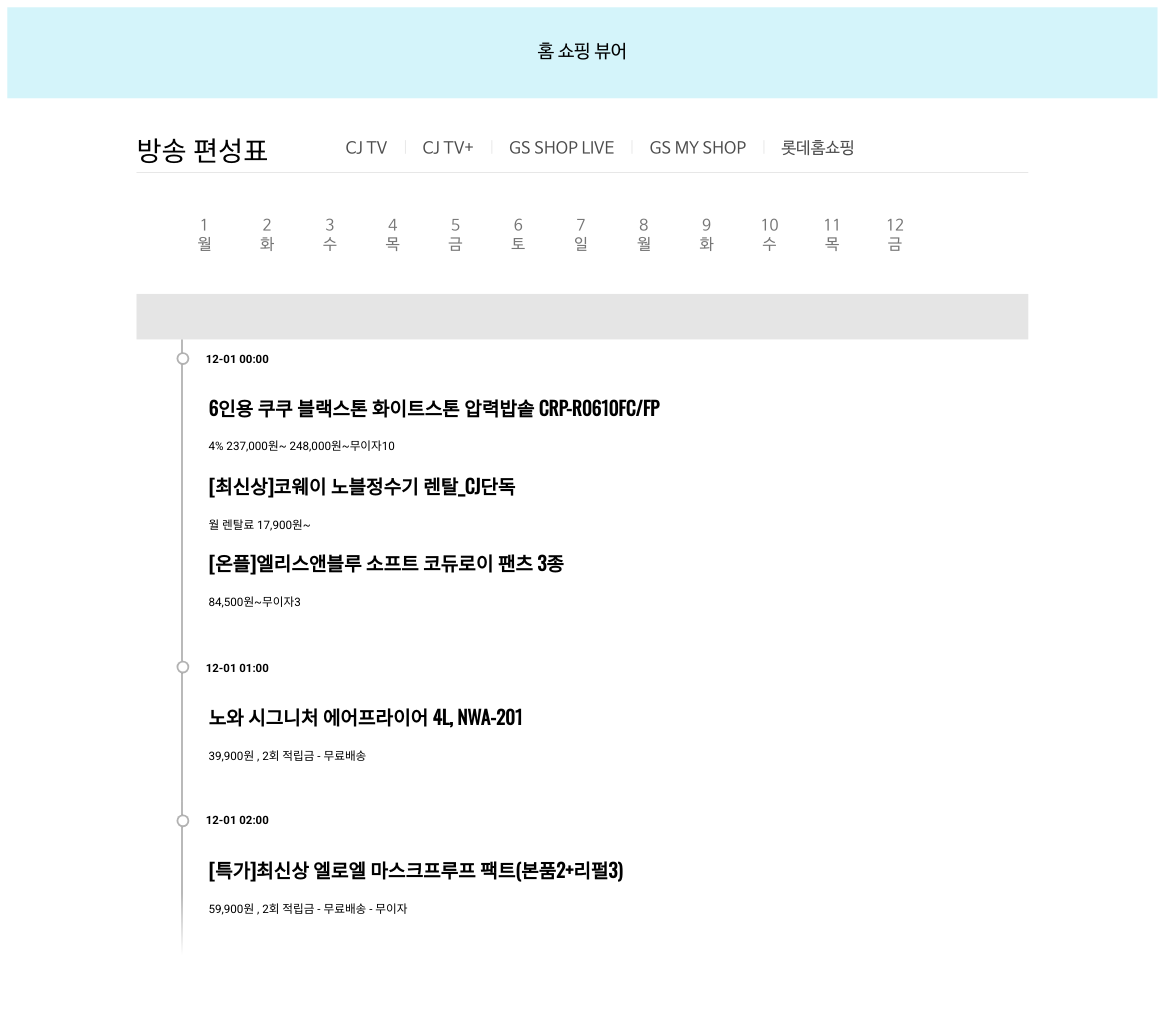
Repository: Kds010/HomeShopping
Page: http://localhost/index
An editor plug-in stored every save of this project. The page is shown before and after the next save, followed by the edit.
The browser window is 1280 px wide. The pictures show the whole page, at 91% of full size.
The page is this project's Thymeleaf template; nobody is signed in. The template is opened directly, without the code that normally fills it, so the values that code supplies are empty.

Above is the page before, as saved 2021-12-18 10:22:47.

After the next save:
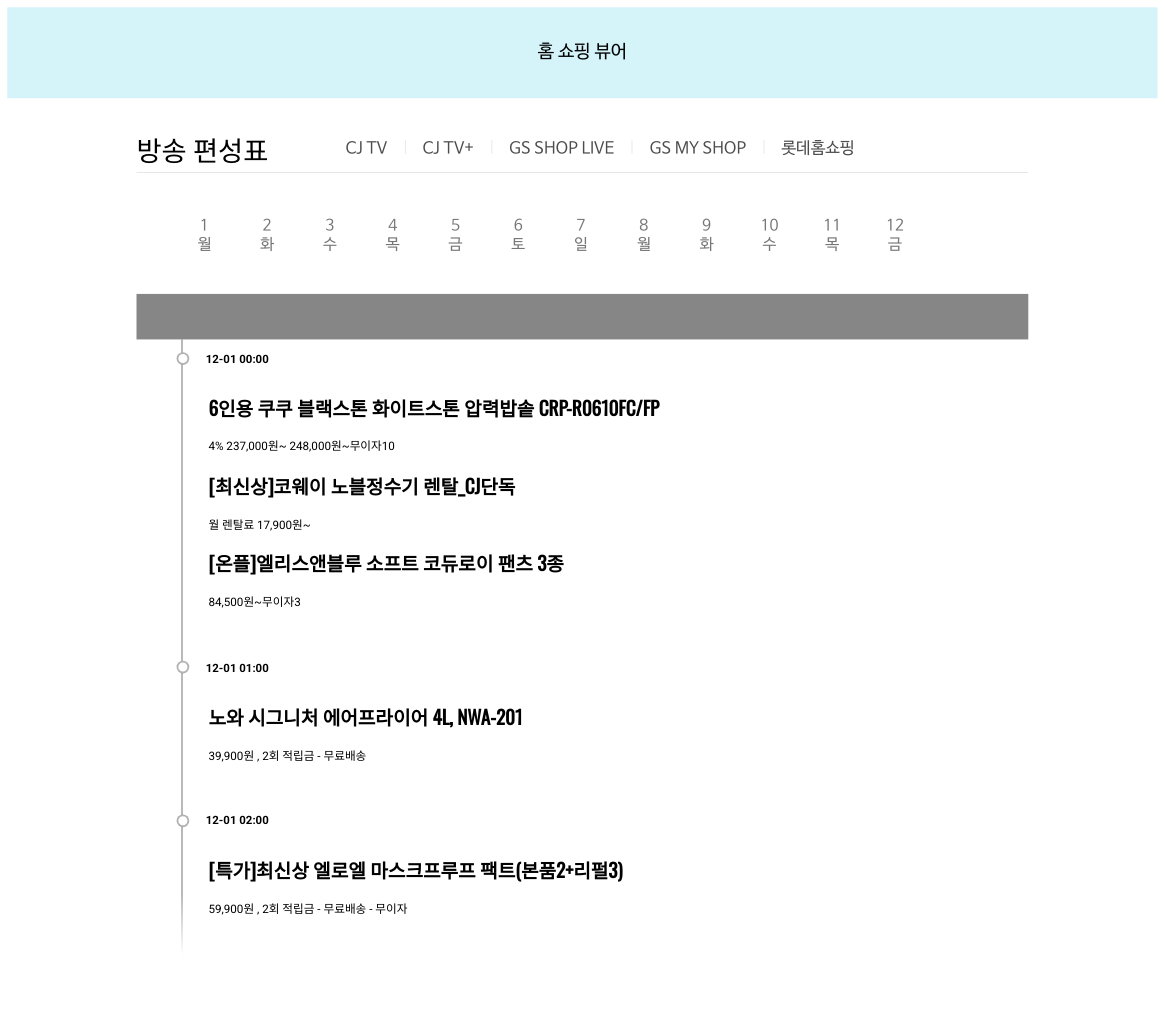
Saved 37 s later.
--- a/homeshopping/src/main/resources/static/css/main.css
+++ b/homeshopping/src/main/resources/static/css/main.css
@@ -239,6 +239,6 @@ a{
     background-color: #e5e5e5;
 }
 
-.state_bar .past{
+.state_bar.past{
 	background-color: #868686;
 }
